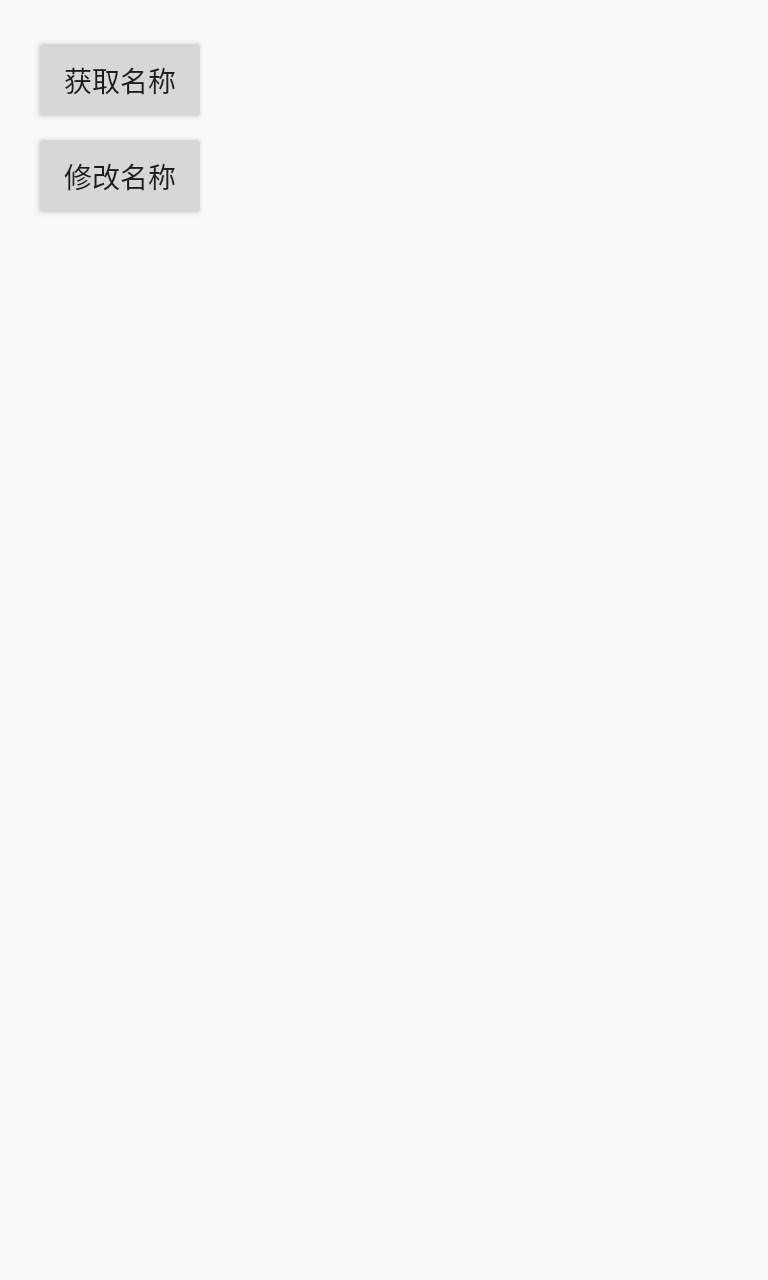
Repository: fantasyxc/Android
Layout: HelloContentResolver/res/layout/activity_main.xml
These files come from the project's save history. The layout is drawn as it stood at one moment and after the next save; the edit follows.
It is drawn on a 768 x 1280 px phone screen (xhdpi) without system bars, with theme AppTheme; the app's code is not run.

Above is the layout before, as saved 2014-12-13 04:04:06.

### HelloContentResolver/res/layout/activity_main.xml
<?xml version="1.0" encoding="utf-8"?>
<LinearLayout xmlns:android="http://schemas.android.com/apk/res/android"
    xmlns:tools="http://schemas.android.com/tools"
    android:layout_width="match_parent"
    android:layout_height="match_parent"
    android:orientation="vertical"
    android:paddingBottom="@dimen/activity_vertical_margin"
    android:paddingLeft="@dimen/activity_horizontal_margin"
    android:paddingRight="@dimen/activity_horizontal_margin"
    android:paddingTop="@dimen/activity_vertical_margin"
    tools:context="com.example.hellocontentresolver.MainActivity" >

    <Button
        android:id="@+id/button1"
        android:layout_width="wrap_content"
        android:layout_height="wrap_content"
        android:text="获取名称"/>
    <Button
        android:id="@+id/button2"
        android:layout_width="wrap_content"
        android:layout_height="wrap_content"
        android:text="修改名称"/>
    <TextView
        android:id="@+id/showText"
        android:layout_width="fill_parent"
        android:layout_height="wrap_content"/>

</LinearLayout>

Loaded but not shown: HelloContentResolver/res/values/styles.xml (common file); HelloContentResolver/res/values-v11/styles.xml (common file); HelloContentResolver/res/values-v14/styles.xml (common file); HelloContentResolver/res/values/dimens.xml (common file); HelloContentResolver/res/values-w820dp/dimens.xml (common file)

After the next save:
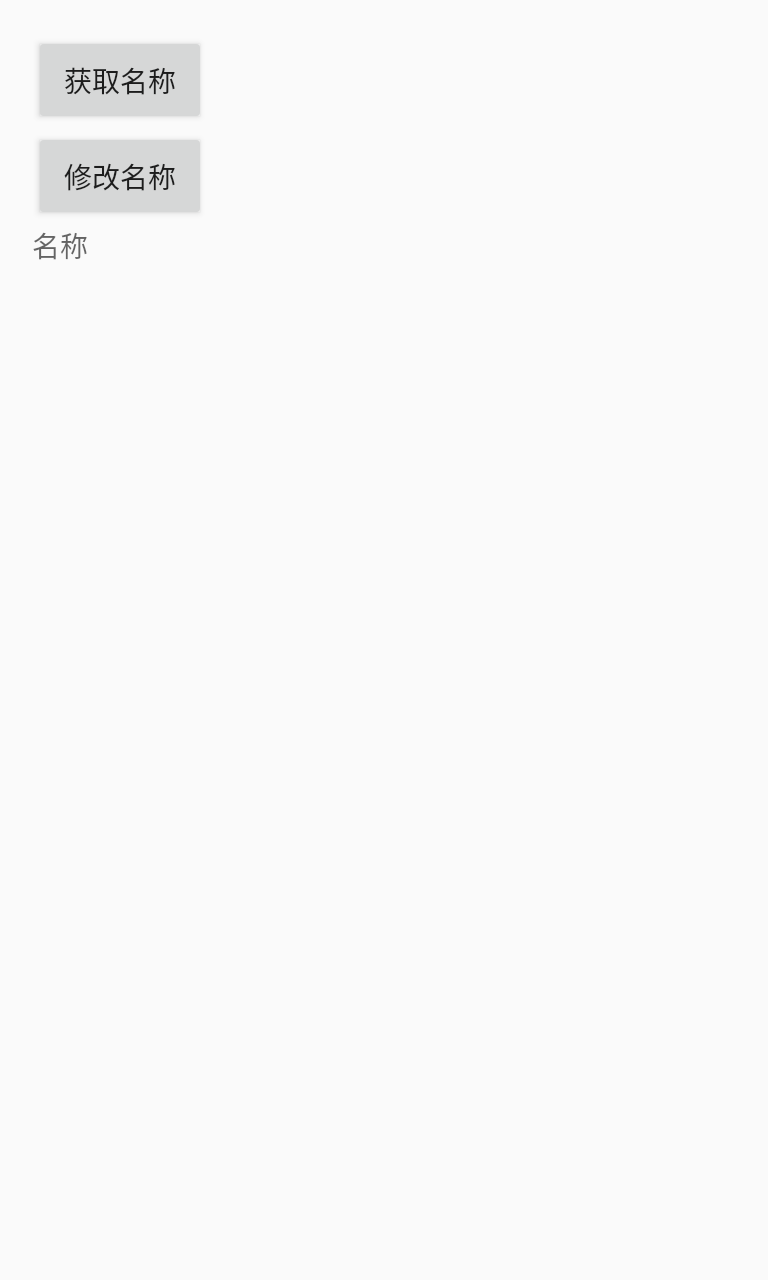
Saved 7 min 19 s later.
--- a/HelloContentResolver/res/layout/activity_main.xml
+++ b/HelloContentResolver/res/layout/activity_main.xml
@@ -23,6 +23,7 @@
     <TextView
         android:id="@+id/showText"
         android:layout_width="fill_parent"
-        android:layout_height="wrap_content"/>
+        android:layout_height="wrap_content"
+        android:hint="名称"/>
 
 </LinearLayout>
